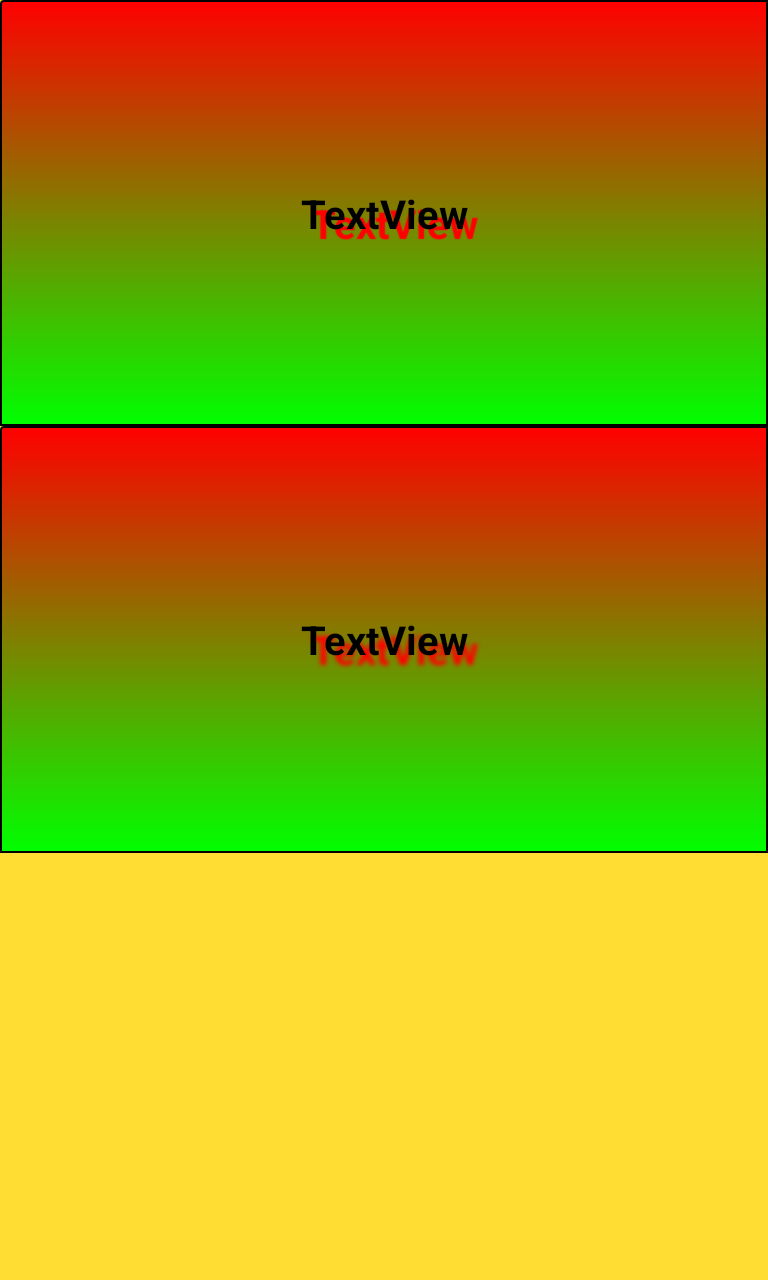
Repository: yhtaphp/yhtqgit
Layout: android/TextView/res/layout/activity_main.xml
The author's editor kept a copy of each file at every save. The layout is drawn from the files as they stood at one save, then again after the next save.
It is drawn on a 768 x 1280 px phone screen (xhdpi) without system bars, with theme AppTheme; the app's code is not run.

Above is the layout before, as saved 2016-09-11 13:38:12.

After the next save:
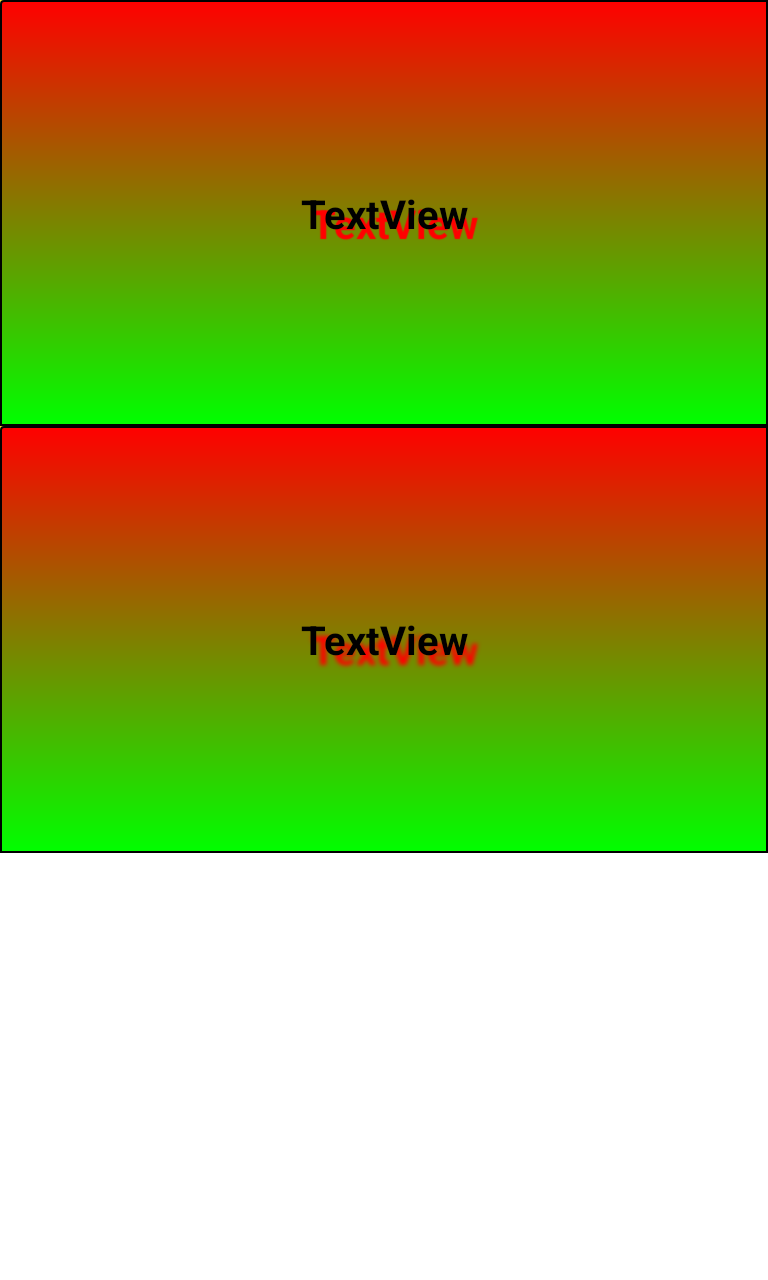
Saved 7 s later.
--- a/android/TextView/res/layout/activity_main.xml
+++ b/android/TextView/res/layout/activity_main.xml
@@ -40,7 +40,8 @@
        android:layout_weight="1"
        android:layout_width="match_parent"
        android:layout_height="0dp"
-       android:orientation="horizontal">
+       android:orientation="horizontal"
+       android:background="#fff">
        <TableRow >
 
        </TableRow>
